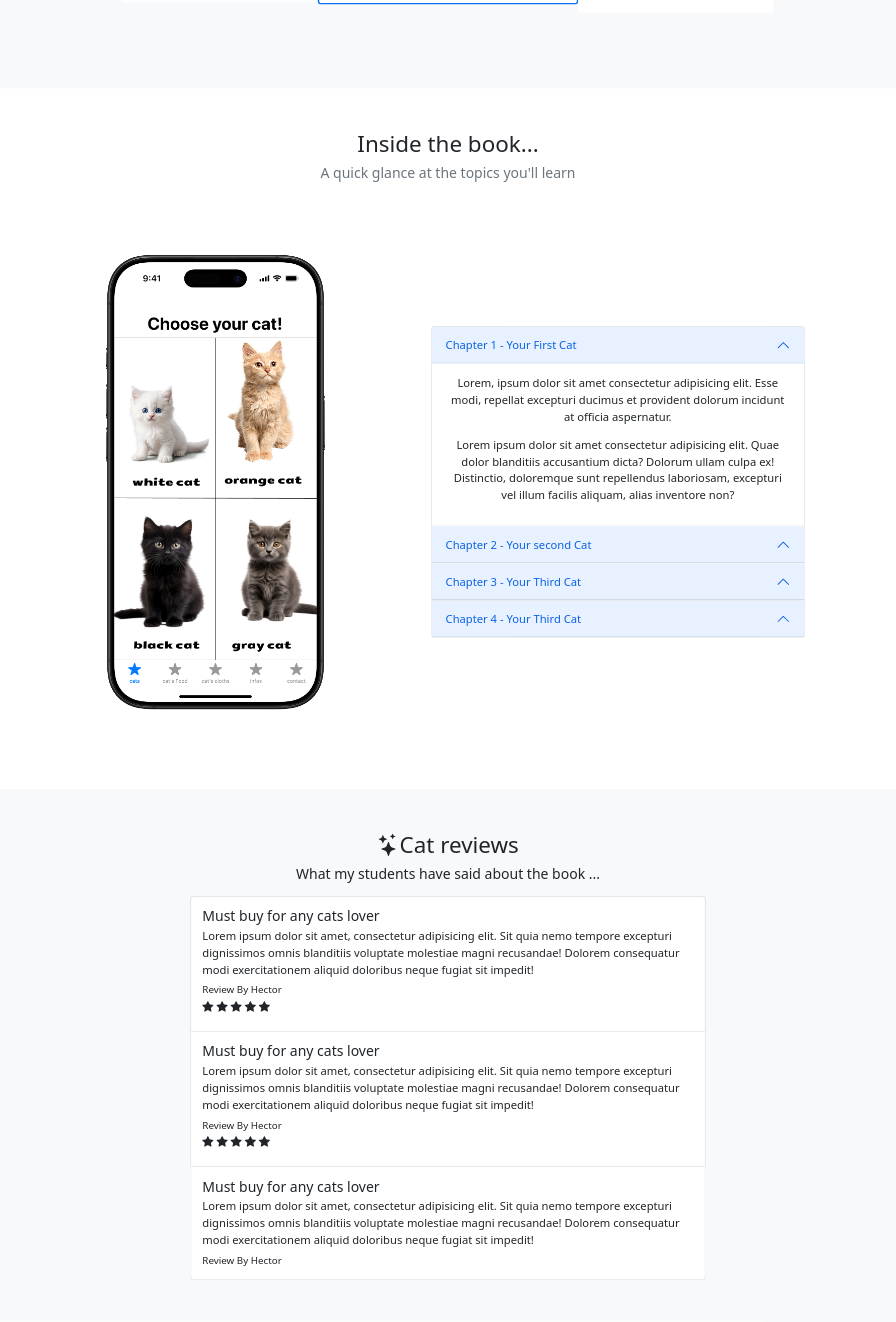
Repository: rihebtlh/catty-storefront
Page: index.html
The author's editor kept a copy of each file at every save. The page is drawn from the files as they stood at one save, then again after a run of saves.
The browser window is 1280 px wide. The pictures show the part of the page from y = 1333 to 3253 px (the page is 3221 px tall before and 3253 px after), at 70% of full size.

Above is the page before, as saved 2025-06-18 16:44:19.

After the next 3 saves:
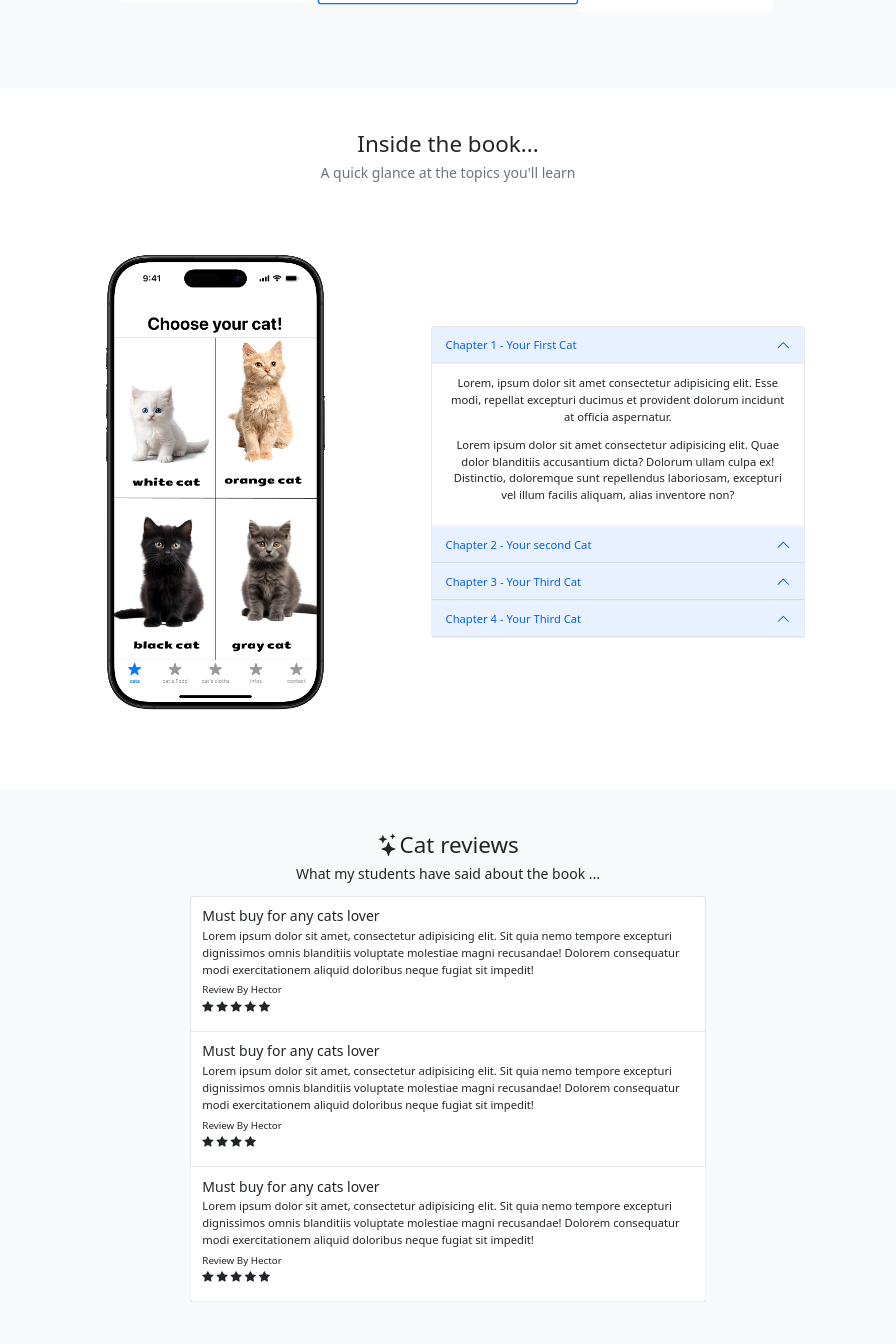
The 3 saves are shown as one change because they came seconds apart.
The last was saved 9 s later.
--- a/index.html
+++ b/index.html
@@ -250,13 +250,19 @@
                   <i class="bi bi-star-fill"></i>
                   <i class="bi bi-star-fill"></i>
                   <i class="bi bi-star-fill"></i>
-                  <i class="bi bi-star-fill"></i>
                 </div>
               </div>
               <div class="list-group-item py-3">
                 <h5 class="mb-1">Must buy for any cats lover</h5>
                 <p class="mb-1">Lorem ipsum dolor sit amet, consectetur adipisicing elit. Sit quia nemo tempore excepturi dignissimos omnis blanditiis voluptate molestiae magni recusandae! Dolorem consequatur modi exercitationem aliquid doloribus neque fugiat sit impedit!</p>
                 <small>Review By Hector</small>
+                <div class="pb-2">
+                  <i class="bi bi-star-fill"></i>
+                  <i class="bi bi-star-fill"></i>
+                  <i class="bi bi-star-fill"></i>
+                  <i class="bi bi-star-fill"></i>
+                  <i class="bi bi-star-fill"></i>
+                </div>
               </div>
             </div>
           </div>
